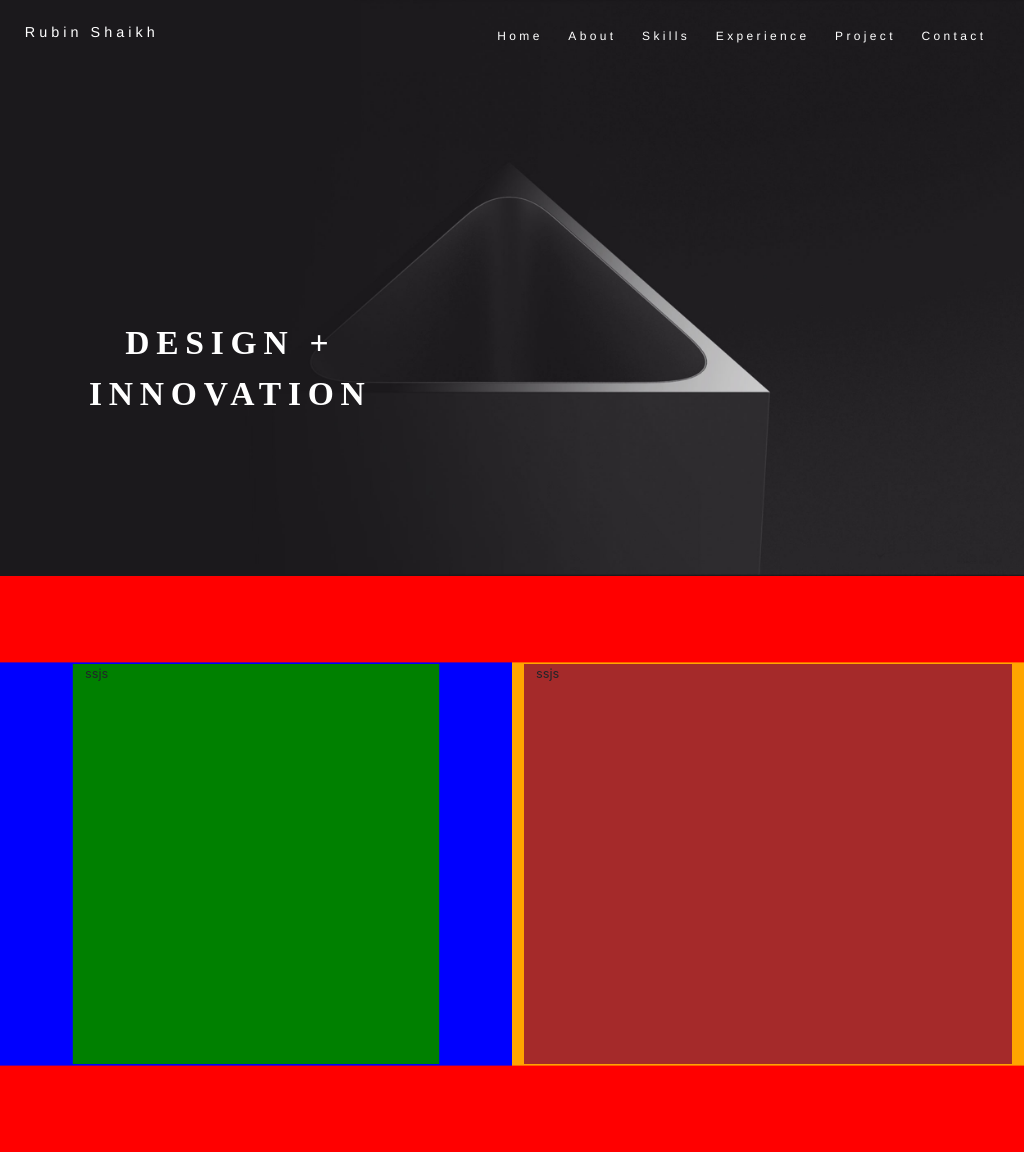
Repository: Rubin78/My-Portfolio
Page: /second
These files come from the project's save history. The page is drawn as it stood at one moment and after the next save; the edit follows.
The browser window is 1280 px wide. The pictures show the whole page, at 80% of full size.
The project was rebuilt for these pictures with package versions that can differ from the ones it lists, and the page was loaded fresh each time. Also part of the build but not shown: src/components/First/First.module.css, src/components/First/First.js, src/components/Third.js.

Above is the page before, as saved 2020-07-21 19:46:59.

### src/App.js
import React from 'react';

// import './App.css';

import { BrowserRouter as Router, Switch, Route } from "react-router-dom";
import First from './components/First/First';
import Second from './components/Second';
import Third from './components/Third';
function App() {
  return (
    <Router>
        <div className="App">

          <Switch>
            <Route exact path="/" component={First} />
            <Route exact path="/second" component={Second} />
            <Route exact path="/third" component={Third} />



            <Route render={() => <h2>404 Page Not Found</h2>} />
          </Switch>
        </div>
      </Router>
  );
}

export default App;

### src/components/Second.js
// import React, { Component } from 'react';
// import { Link } from "react-router-dom";
// class Second extends Component {
//     render() {
//         console.log(this.props);
//         return (




//             <div>
//                 <Link to="/third" >Go to the third page</Link>

//         <div>{this.props.location.state}</div>
//             </div>
//         );
//     }
// }

// export default Second;








import React, { useState } from 'react';
import {
  Collapse,
  Navbar,
  NavbarToggler,
  NavbarBrand,
  Nav,
  NavItem,
  NavLink,
  UncontrolledDropdown,
  DropdownToggle,
  DropdownMenu,
  DropdownItem,
  NavbarText
} from 'reactstrap';
import { Container, Row, Col} from 'reactstrap';
import styles  from '../components/Second.css'
import hero1 from '../assests/hero1.jpg';
import { Hidden } from '@material-ui/core';


const Example = (props) => {
  const [isOpen, setIsOpen] = useState(false);

  const toggle = () => setIsOpen(!isOpen);

  return (
<div>
    <Container fluid  className="containerBody2" style={{  backgroundImage:`url(${hero1})`,backgroundColor:'red'}} >
    <div style={{backgroundColor:'transparent',height:90,display:'flex'}}>


      <Navbar color="red" light expand="md"  style={{display:'flex',flex:1,position:'sticky'}} >
        <NavbarBrand href="/"><h4  className="textheader1" >Rubin Shaikh</h4></NavbarBrand>
        <NavbarToggler onClick={toggle} style={{color:'white',backgroundColor:'#F5F5F5'}} />
        <Collapse isOpen={isOpen} navbar >
          <Nav className="mr-auto" navbar>



         </Nav>

         <NavLink  href="/components/"  className="textheader" >Home</NavLink>
         <NavLink href="/components/" className="textheader">About</NavLink>
          <NavLink href="/components/" className="textheader">Skills</NavLink>
          <NavLink href="/components/" className="textheader">Experience</NavLink>
          <NavLink href="/components/" className="textheader">Project</NavLink>
          <NavLink href="/components/" className="textheader">Contact</NavLink>
        </Collapse>
      </Navbar>
    </div>


<Col sm="5"  style={{ display:'flex',flex:1,
alignItems:'space-between',justifyContent:'center',paddingLeft:40,}}>
<div style={{display:'flex',height:450,flexDirection:'column',justifyContent:'flex-end',alignItems:'flex-start',marginBottom:20,}} >

    <div style={{color:'white',fontSize:42,textAlign:'center',fontFamily:"Patua One",fontWeight:"bolder",letterSpacing:'.20em'}} >
    {/* <div style={{color:'#ffffff',fontSize:15,textAlign:"left",letterSpacing:'.1em',paddingLeft:60}}>HELLO,</div> */}

      DESIGN +
   <p style={{paddingBottom:-15}}>INNOVATION</p></div>
    {/* <button onClick={this.submitHandler} >go to second page</button> */}
    </div>
</Col>
    </Container>


<Container fluid  className="container2">
<Row >
        <Col md="6" sm="6" className="container2column" style={{backgroundColor:"blue"}} >

          <Col sm="9" classID="container2insider" style={{backgroundColor:'green',height:500}}>
            ssjs
            </Col>
        </Col>
        <Col md="6" sm="6" className="container2column"  style={{backgroundColor:"orange  "}}>


        <Col sm="12" classID="container2insider" style={{backgroundColor:'brown',height:500}}>
            ssjs
            </Col>
        </Col>



      </Row>
</Container>

    </div>
  );
}

export default Example;

### src/components/Second.css

.containerBody2{



    background-position: center;
    background-size: cover;
    background-repeat: 'no-repeat';
    height: 100vh;
    width: calc(100vw -12px);
    overflow: hidden;
    position: relative;
background-color: black;

}


.container2{

    height: 100vh;
    width: calc(100vw -12px);
    overflow: hidden;
    background-color: red;

position: relative;

align-items: center;
display: flex;
}


.textheader{


  color: white;
  font-size: 15px;
font-family: "Gotham-Medium","Helvetica Neue","sans-serif";
letter-spacing: .28em;
}



.textheader1{


    color: white;
    font-size: 18px;
  font-family: "Gotham-Medium","Helvetica Neue","sans-serif";
  letter-spacing: .28em;
  }




.textcolor{
font-size: 45px;
margin-bottom: 20px;
letter-spacing: -1px;
font-family: "Gotham-Bold","Helvetica Neue",sans-serif;


background-color: red;


}


.container2row{

display: flex;
flex: 1;

justify-content: center;
align-items: center;
height: 100vh;
background-color: blue;

}


.container2column{

    height: 70vh;
    width: 100vw;
    background-color: green;
    display: flex;
    justify-content: center;
    align-items: center;
}

Loaded but not shown: public/index.html (common file); src/index.js (common file); src/index.css (common file); src/serviceWorker.js (common file)

After the next save:
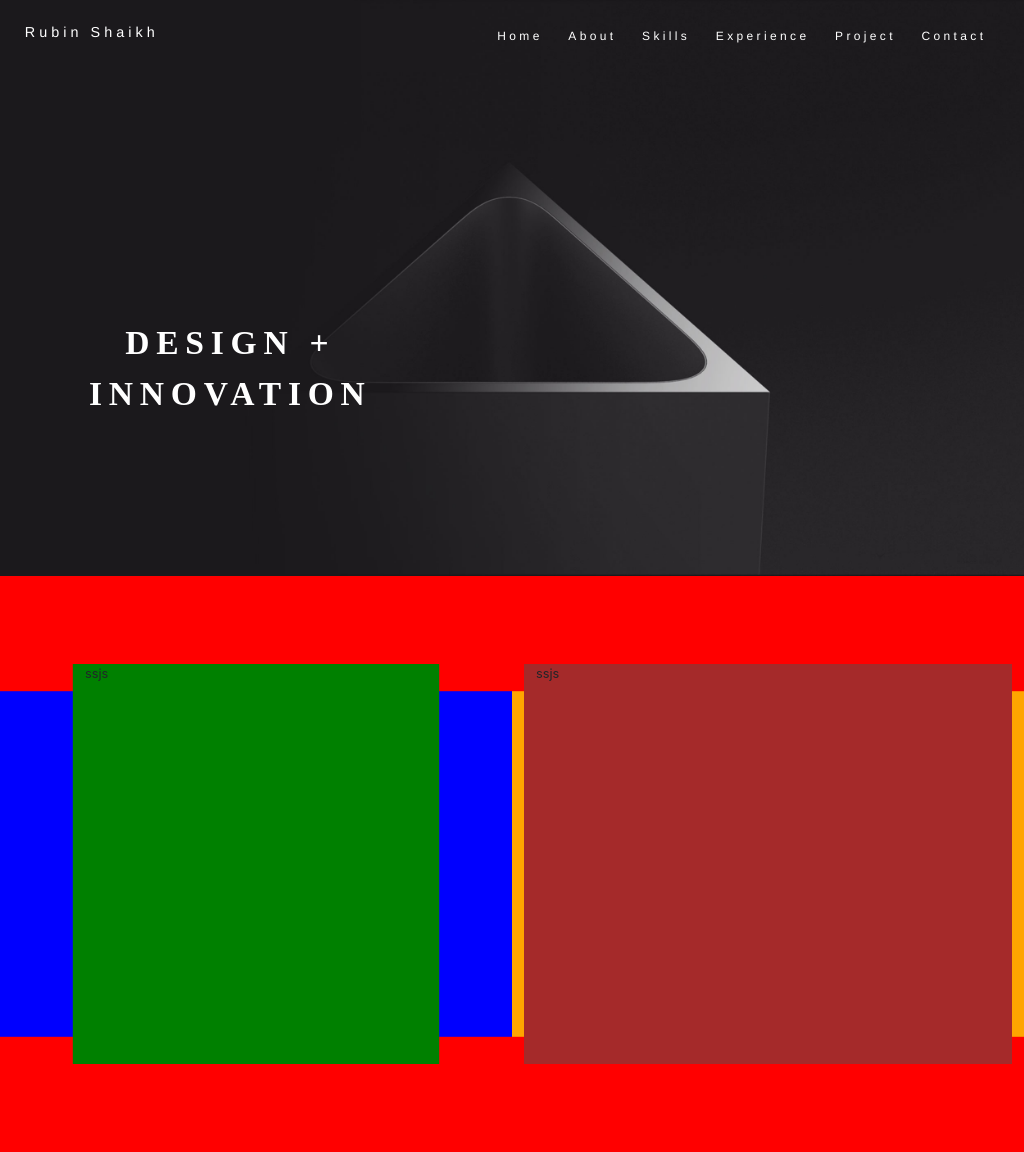
Saved 51 s later.
--- a/src/components/Second.css
+++ b/src/components/Second.css
@@ -80,7 +80,7 @@
 
 .container2column{
 
-    height: 70vh;
+    height: 60vh;
     width: 100vw;
     background-color: green;
     display: flex;

After the save that followed:
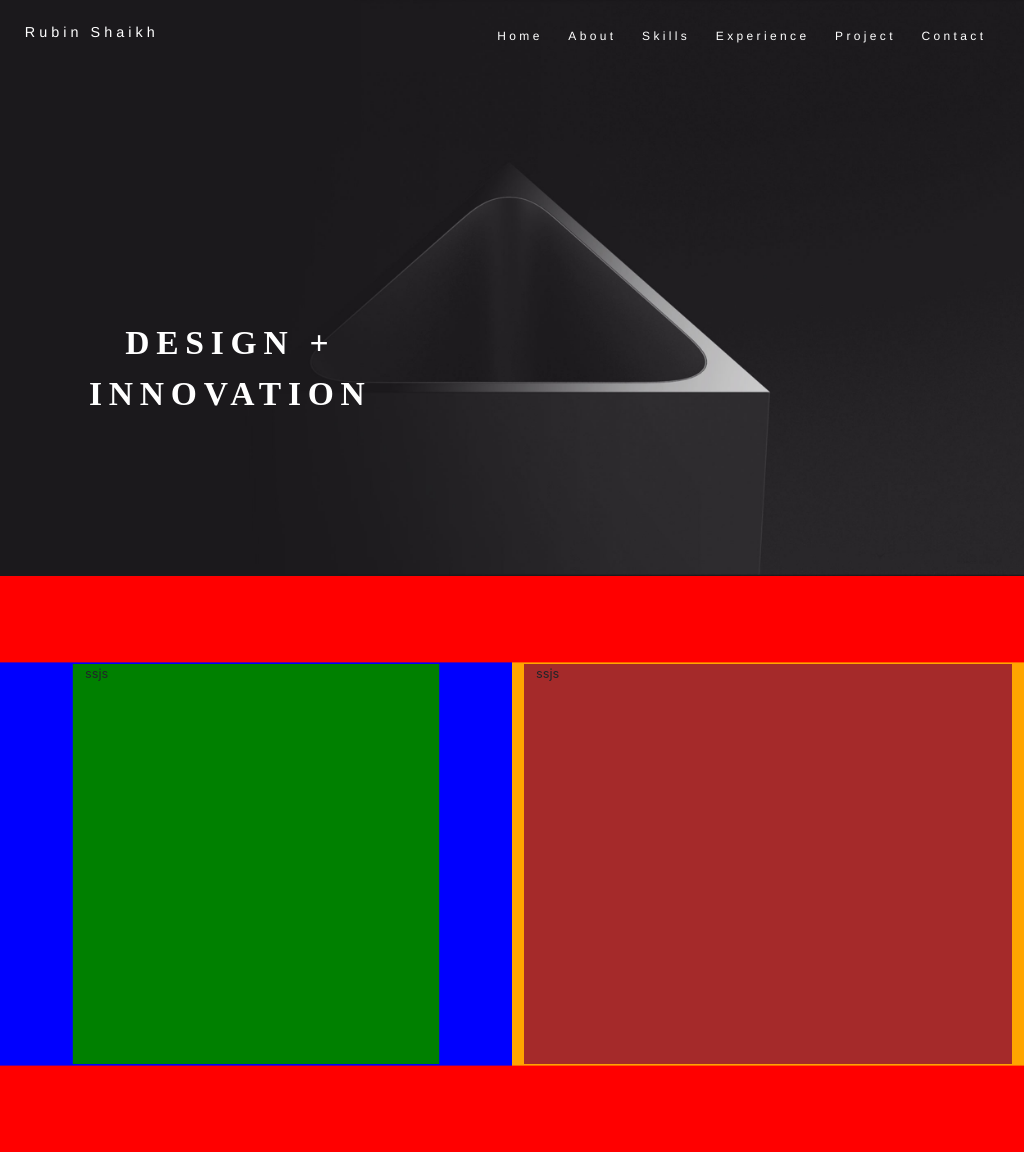
Saved 7 s later.
--- a/src/components/Second.css
+++ b/src/components/Second.css
@@ -80,7 +80,7 @@
 
 .container2column{
 
-    height: 60vh;
+    height: 70vh;
     width: 100vw;
     background-color: green;
     display: flex;
